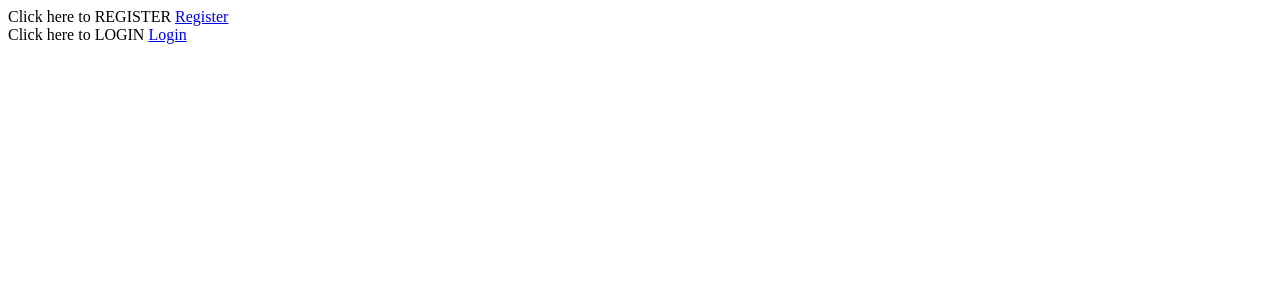
Repository: albertbursuc/flight-application
Page: flightreservation/src/main/webapp/index.html
These files come from the project's save history. The page is drawn as it stood at one moment and after the next save; the edit follows.
The browser window is 1280 px wide. The pictures show the whole page.

Above is the page before, as saved 2020-04-07 18:52:14.

### flightreservation/src/main/webapp/index.html
<!DOCTYPE html>
<html>
<head>
<meta charset="ISO-8859-1">
<title>Flight reservation application</title>
</head>
<body>

Click here to REGISTER <a href="/showRegistration">Register</a><br/>
Click here to LOGIN <a href="/showLogin">Login</a>
</body>
</html>

After the next save:
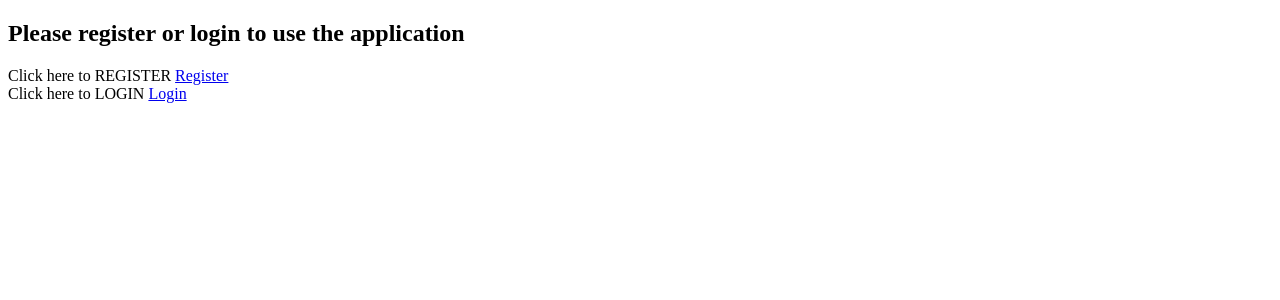
Saved 27 s later.
--- a/flightreservation/src/main/webapp/index.html
+++ b/flightreservation/src/main/webapp/index.html
@@ -5,7 +5,7 @@
 <title>Flight reservation application</title>
 </head>
 <body>
-
+<h2>Please register or login to use the application</h2>
 Click here to REGISTER <a href="/showRegistration">Register</a><br/>
 Click here to LOGIN <a href="/showLogin">Login</a>
 </body>
